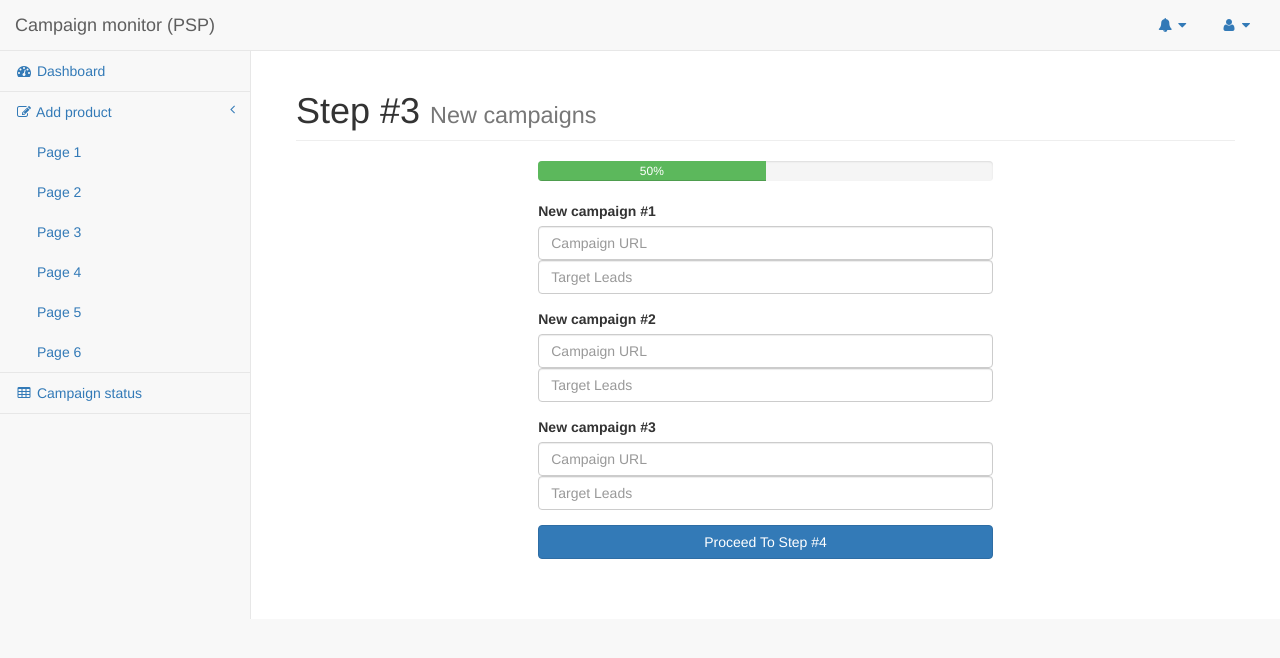
Repository: aneeshsingh/workspace
Page: http://localhost/analytics/Add_Product_Page_3.jsp
These files come from the project's save history. The page is drawn as it stood at one moment and after the next save; the edit follows.
The browser window is 1280 px wide. The pictures show the whole page.
The page is served by Tomcat 9.

Above is the page before, as saved 2016-03-07 21:13:12.
Console error (its wording comes from the project's code and is left out).

After the next save:
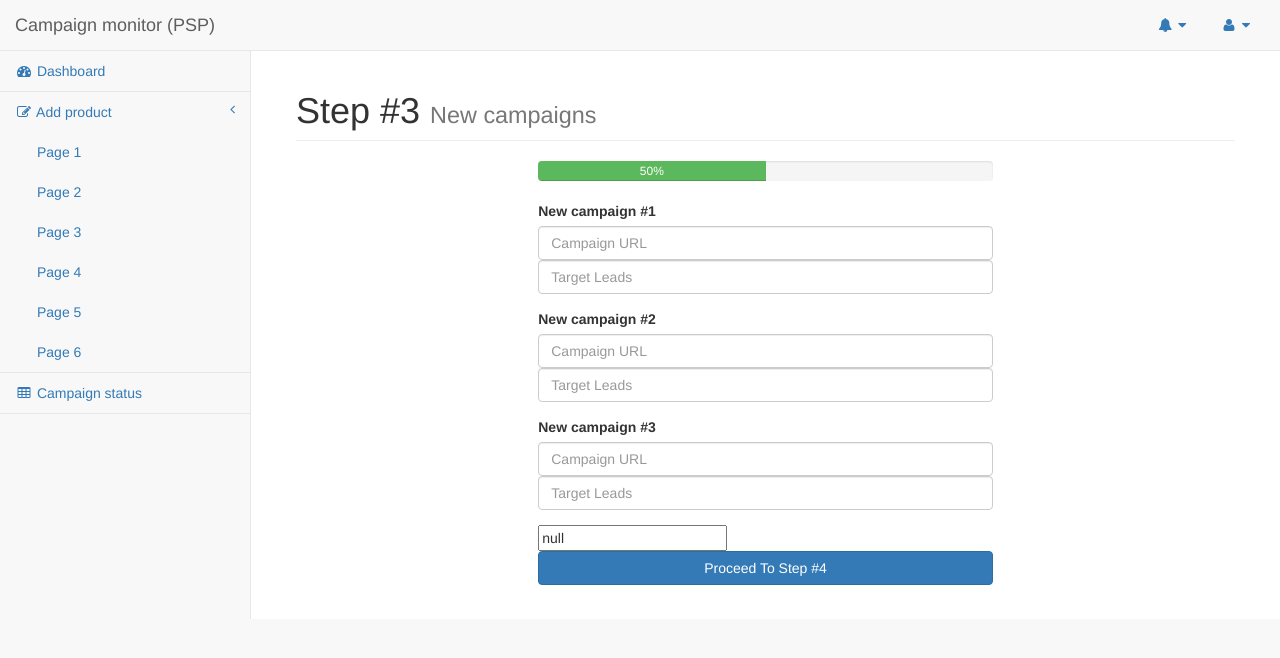
Saved 39 s later.
--- a/analytics/war/Add_Product_Page_3.jsp
+++ b/analytics/war/Add_Product_Page_3.jsp
@@ -151,7 +151,7 @@
 							<input type="text" class="form-control" name="new_campaign_url_3" id="new_campaign_url_3" placeholder="Campaign URL">
 							<input type="text" class="form-control" name="new_campaign_url_leads_3" id="new_campaign_url_leads_3" placeholder="Target Leads">
 						</div>
-						<input type="hidden" name="product_id" id="product_id" value="<%=request.getParameter("product_id")%>"/>
+						<input type="text" name="product_id" id="product_id" value="<%=request.getAttribute("product_id")%>"/>
 						<button type="submit" class="btn btn-primary btn-block text-right">Proceed To Step #4</button>
 					</form>
 				</div>
